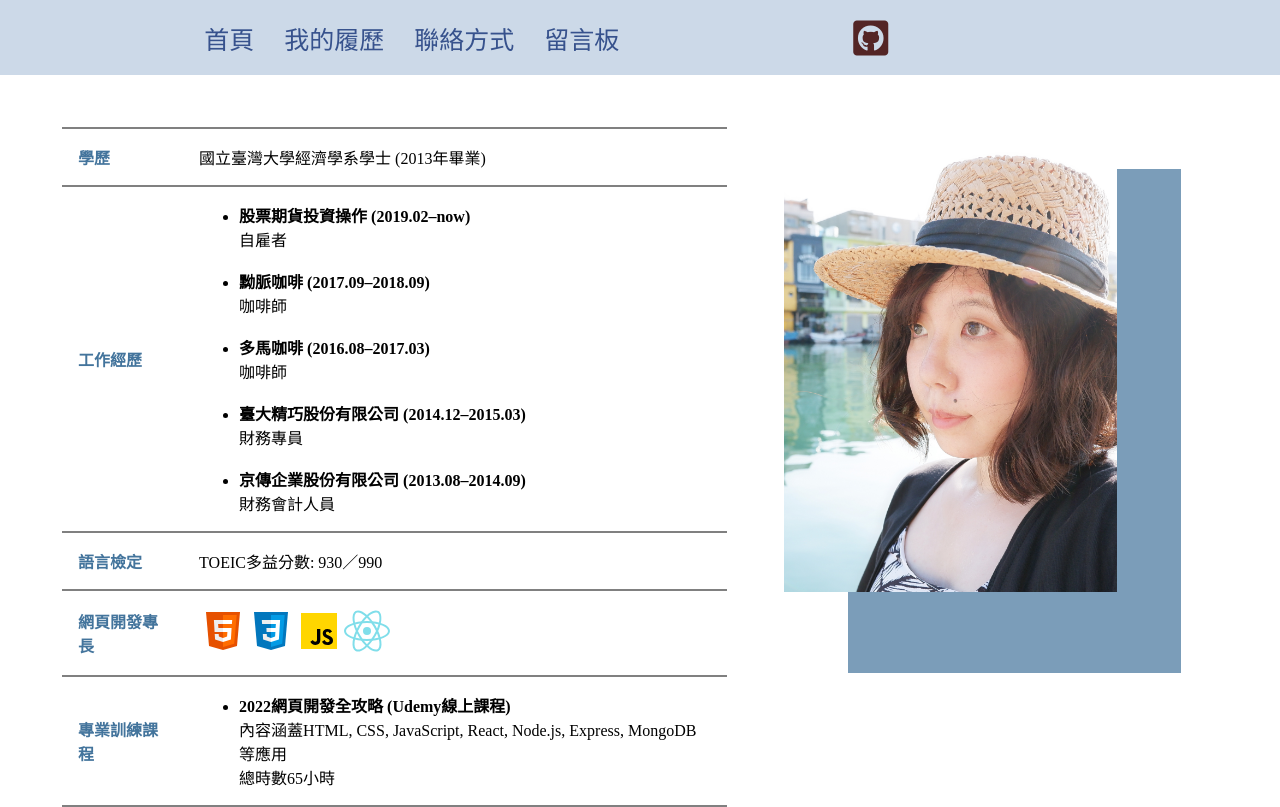
Repository: lcjyc/portfolio-website
Page: /resume
The author's editor kept a copy of each file at every save. The page is drawn from the files as they stood at one save, then again after the next save.
The browser window is 1280 px wide. The pictures show the whole page.
The project was rebuilt for these pictures with package versions that can differ from the ones it lists, and the page was loaded fresh each time. Also part of the build but not shown: src/pages/home/home.css, src/pages/home/Home.jsx, src/pages/contact/contact.css, src/pages/contact/Contact.jsx.

Above is the page before, as saved 2022-08-20 09:40:40.

### public/index.html
<!DOCTYPE html>
<html lang="zh-tw">
  <head>
    <meta charset="utf-8" />
    <meta name="viewport" content="width=device-width, initial-scale=1" />
    <meta name="theme-color" content="#000000" />
    <meta
      name="description"
      content="Web site created using create-react-app"
    />
    <link
      href="https://fonts.googleapis.com/css2?family=Josefin+Sans:wght@100;200;300;400;500;600;700&family=Lora:ital@0;1&family=Varela&family=Varela+Round&display=swap"
      rel="stylesheet"
    />
    <link
      rel="stylesheet"
      href="https://cdnjs.cloudflare.com/ajax/libs/font-awesome/5.15.3/css/all.min.css"
      integrity="sha512-iBBXm8fW90+nuLcSKlbmrPcLa0OT92xO1BIsZ+ywDWZCvqsWgccV3gFoRBv0z+8dLJgyAHIhR35VZc2oM/gI1w=="
      crossorigin="anonymous"
    />
    <style>
      * {
        margin: 0;
      }
    </style>
    <style>
      .link {
        text-decoration: none;
        color: inherit;
      }
    </style>
    <title>Lesley Chen|Portfolio</title>
  </head>

  <body>
    <noscript>You need to enable JavaScript to run this app.</noscript>
    <div id="root"></div>
  </body>
</html>

### src/App.js
import TopBar from "./components/topbar/TopBar";
import Home from "./pages/home/Home";
import Resume from "./pages/resume/Resume";
import Contact from "./pages/contact/Contact";
import { BrowserRouter as Router, Routes, Route } from "react-router-dom";

function App() {
  return (
    <Router>
      <TopBar />
      <Routes>
        <Route path="/" element={<Home />} />
        <Route path="/resume" element={<Resume />} />
        <Route path="/contact" element={<Contact />} />
      </Routes>
    </Router>
  );
}

export default App;

### src/components/topbar/TopBar.jsx
import { Link } from "react-router-dom";
import "./topbar.css";

export default function TopBar() {
  return (
    <div className="top">
      <div className="topLeft">
        <ul className="topList">
          <li className="topListItem">
            <Link className="link" to="/">
              首頁
            </Link>
          </li>
          <li className="topListItem">
            <Link className="link" to="/resume">
              我的履歷
            </Link>
          </li>
          <li className="topListItem">
            <Link className="link" to="/contact">
              聯絡方式
            </Link>
          </li>
          <li className="topListItem">
            <Link className="link" to="/bulletin">
              留言板
            </Link>
          </li>
        </ul>
      </div>
      <div className="topRight">
        <a href="https://github.com/lcjyc/">
          <i className="topIcon fab fa-github-square"></i>
        </a>
      </div>
    </div>
  );
}

### src/pages/resume/Resume.jsx
import React from "react";
import resumePic from "../../images/resume-pic.jpg";
import htmlIcon from "../../icons/icons8-html-5.svg";
import cssIcon from "../../icons/icons8-css3.svg";
import jsIcon from "../../icons/icons8-javascript.svg";
import reactIcon from "../../icons/icons8-react-native.svg";

import "./resume.css";

export default function Resume() {
  return (
    <div className="resume">
      <section className="table">
        <table>
          <tr className="tabletop">
            <td>
              <h4>學歷</h4>
            </td>
            <td>國立臺灣大學經濟學系學士 (2013年畢業)</td>
          </tr>
          <tr>
            <td>
              <h4>工作經歷</h4>
            </td>
            <td>
              <ul>
                <li>股票期貨投資操作 (2019.02–now)</li>
                <p>自雇者</p>
                <br />
                <li>黝脈咖啡 (2017.09–2018.09)</li>
                <p>咖啡師</p>
                <br />
                <li>多馬咖啡 (2016.08–2017.03)</li>
                <p>咖啡師</p>
                <br />
                <li>臺大精巧股份有限公司 (2014.12–2015.03)</li>
                <p>財務專員</p>
                <br />
                <li>京傳企業股份有限公司 (2013.08–2014.09)</li>
                <p>財務會計人員</p>
              </ul>
            </td>
          </tr>
          <tr>
            <td>
              <h4>語言檢定</h4>
            </td>
            <td>TOEIC多益分數: 930／990</td>
          </tr>
          <tr>
            <td>
              <h4>網頁開發專長</h4>
            </td>
            <td>
              <img src={htmlIcon} title="HTML5" alt="HTML5" />
              <img src={cssIcon} title="CSS3" alt="CSS3" />
              <img src={jsIcon} title="JavaScript" alt="JavaScript" />
              <img src={reactIcon} title="React" alt="React" />
            </td>
          </tr>
          <tr>
            <td>
              <h4>專業訓練課程</h4>
            </td>
            <td>
              <ul>
                <li>2022網頁開發全攻略 (Udemy線上課程)</li>
                <p>
                  內容涵蓋HTML, CSS, JavaScript, React, Node.js, Express,
                  MongoDB 等應用
                </p>
                <p>總時數65小時</p>
              </ul>
            </td>
          </tr>
        </table>
      </section>

      <section class="picture">
        <img src={resumePic} alt="" />
        <div class="Rectangle"></div>
      </section>
    </div>
  );
}

### src/components/topbar/topbar.css
.top {
  width: 100%;
  height: 6vh;
  background-color: rgb(154, 179, 210, 0.5);
  position: sticky;
  top: 0;
  padding: 1rem 0rem;
  display: flex;
  align-items: center;
  z-index: 999;
}

.topLeft {
  flex: 6;
  display: flex;
  align-items: center;
  justify-content: center;
}

.topRight {
  flex: 3;
  display: flex;
}

.topIcon {
  font-size: 40px;
  margin-right: 10px;
  color: rgb(83, 37, 37);
  cursor: pointer;
}

.topImg {
  width: 40px;
  height: 40px;
  border-radius: 50%;
  object-fit: cover;
  cursor: pointer;
}

.topList {
  display: flex;
  justify-content: center;
  margin: 0;
  padding: 0;
  list-style: none;
}

.topListItem {
  margin-right: 30px;
  font-size: 25px;
  color: rgb(55, 82, 141);
  cursor: pointer;
}

.topListItem :hover {
  color: white;
}

### src/pages/resume/resume.css
.resume {
  display: flex;
  flex-wrap: wrap;
  padding-top: 3vh;
}

.table {
  width: 70%;
  flex: 3 1 600px;
  padding: 0rem 2rem;
  margin: 30px 0px 0px 30px;
}

.tabletop {
  border-top: 2px solid gray;
}

.table > table {
  border-collapse: collapse;
}

.table > table > tr {
  border-bottom: 2px solid gray;
  transition: all 0.2s ease;
}

.table > table > tr > td {
  padding: 1rem;
}

.table > table > tr > td > h4 {
  color: rgb(67, 116, 156);
}

.table > table > tr > td > ul > li {
  font-weight: bold;
}

.table > table > tr:hover {
  background-color: rgb(154, 179, 210, 0.5);
}

.picture {
  flex: 1 1 500px;
  position: relative;
}

.picture > img {
  width: 26vw;
  position: absolute;
  top: 7vh;
  left: 2vw;
}

.Rectangle {
  width: 26vw;
  height: 70vh;
  background-color: rgb(67, 116, 156, 0.7);
  position: absolute;
  top: 10vh;
  left: 7vw;
  z-index: -1;
}

Loaded but not shown: src/index.js (common file)

After the next save:
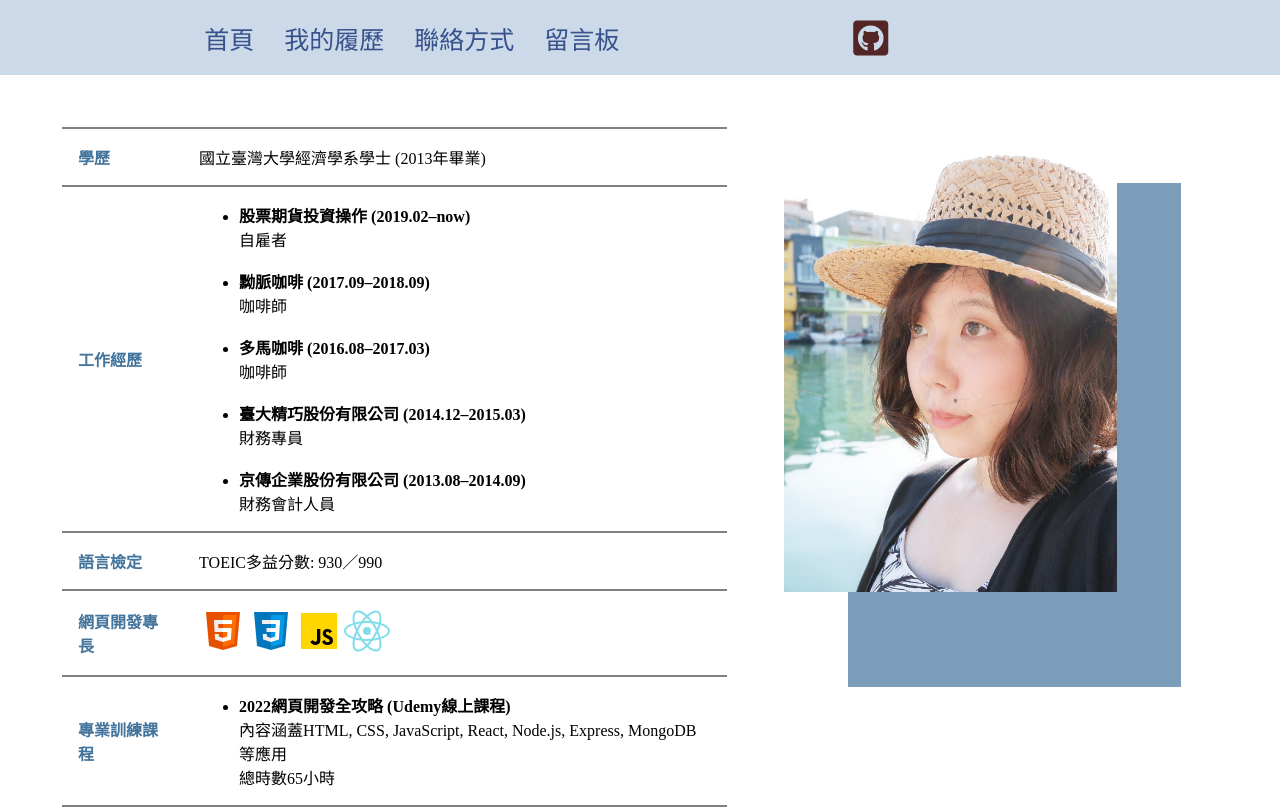
Saved 11 s later.
--- a/src/pages/resume/resume.css
+++ b/src/pages/resume/resume.css
@@ -57,7 +57,7 @@
   height: 70vh;
   background-color: rgb(67, 116, 156, 0.7);
   position: absolute;
-  top: 10vh;
+  top: 12vh;
   left: 7vw;
   z-index: -1;
 }
